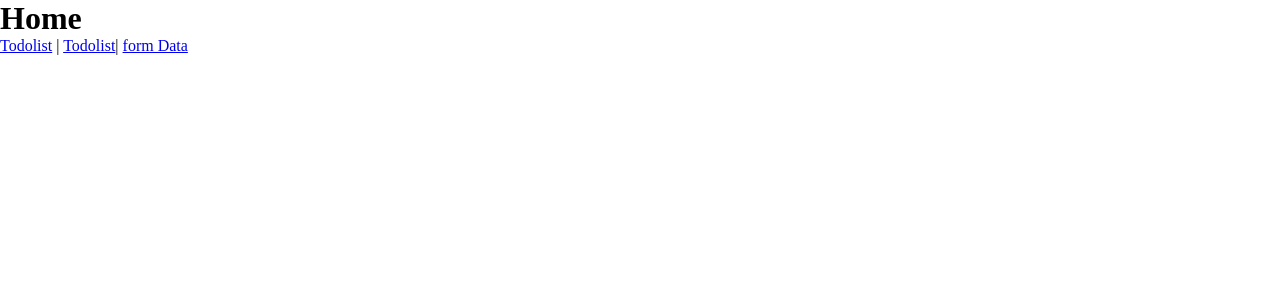
Repository: phamhac178/todolist-reactjs
Page: /
These files come from the project's save history. The page is drawn as it stood at one moment and after the next save; the edit follows.
The browser window is 1280 px wide. The pictures show the whole page.
Some web libraries are served in a nearby version. The project was rebuilt for these pictures with package versions that can differ from the ones it lists, and the page was loaded fresh each time. Also part of the build but not shown: src/Components/Form.js, src/Components/Header.js, src/Components/TodoList.js, src/Components/Todos.js, src/scss/data.css, src/Components/Data.js.

Above is the page before, as saved 2022-07-18 16:52:59.

### src/App.js
import React, { useEffect, useState } from "react";
import "./App.css";
import { BrowserRouter, Routes, Route } from "react-router-dom";
import Menu from "./Components/Menu";
import Todos from "./Components/Todos";
import Data from "./Components/Data";
const App = () => {
    return (
        <BrowserRouter>
            <Routes>
                <Route path="/" element={<Menu />}></Route>
                <Route path="/Todolist" element={<Todos />}></Route>
                <Route path="/Data" element={<Data />}></Route>
            </Routes>
        </BrowserRouter>
        // <div className="container">
        //     <div className="app-wrapper">
        //         <div>
        //             <Data />
        //             <Header />
        //         </div>
        //         <div>
        //             <Form
        //                 input={input}
        //                 setInput={setInput}
        //                 todos={todos}
        //                 setTodos={setTodos}
        //                 editTodo={editTodo}
        //                 setEditTodo={setEditTodo}
        //             />
        //         </div>
        //         <div>
        //             <TodoList
        //                 todos={todos}
        //                 setTodos={setTodos}
        //                 setEditTodo={setEditTodo}
        //             />
        //         </div>
        //     </div>
        // </div>
    );
};

export default App;

### src/Components/Menu.js
import { Link } from "react-router-dom";
function Menu() {
    return (
        <div>
            <h1>Home</h1>
            <nav>
                <Link to="/">Todolist</Link> |{" "}
                <Link to="Todolist">Todolist</Link>|{" "}
                <Link to="Data">form Data</Link>
            </nav>
        </div>
    );
}
export default Menu;

Loaded but not shown: public/index.html (common file); src/index.js (common file); src/App.css (common file)

After the next save:
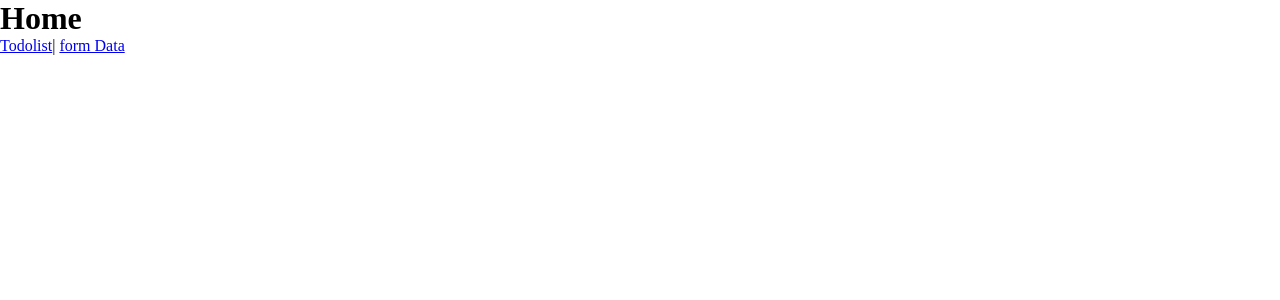
Saved 13 s later.
--- a/src/Components/Menu.js
+++ b/src/Components/Menu.js
@@ -4,7 +4,6 @@ function Menu() {
         <div>
             <h1>Home</h1>
             <nav>
-                <Link to="/">Todolist</Link> |{" "}
                 <Link to="Todolist">Todolist</Link>|{" "}
                 <Link to="Data">form Data</Link>
             </nav>
